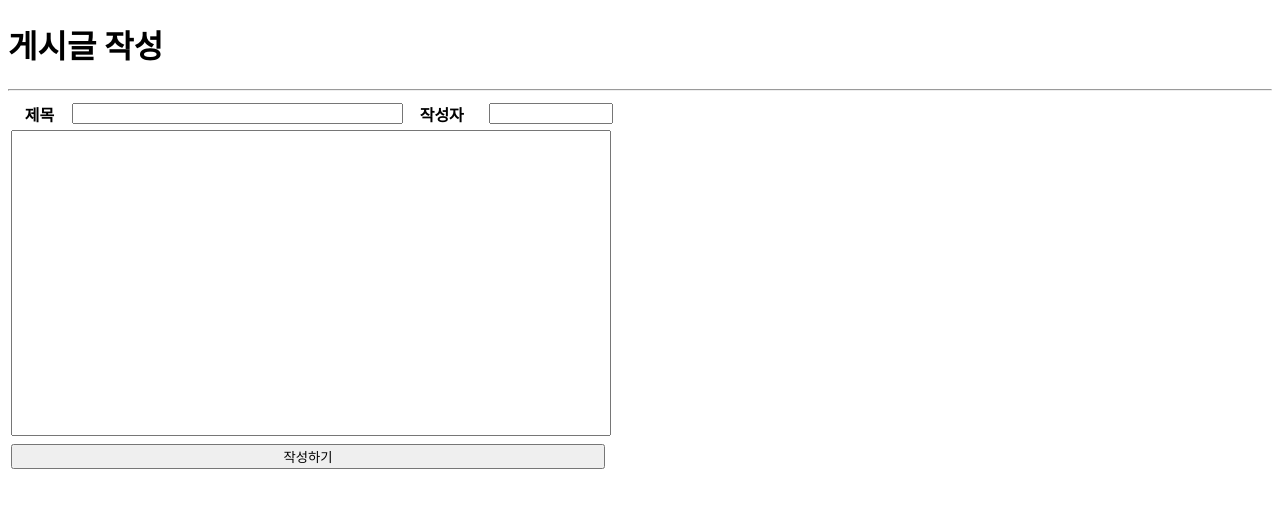
Repository: bbookk1104/spring-workspace
Page: http://localhost/02_SpringMVC_CRUD/boardWriteFrm.do
These files come from the project's save history. The page is drawn as it stood at one moment and after the next save; the edit follows.
The browser window is 1280 px wide. The pictures show the whole page.
The page is served by Tomcat 9.

Above is the page before, as saved 2022-10-04 04:34:37.

After the next save:
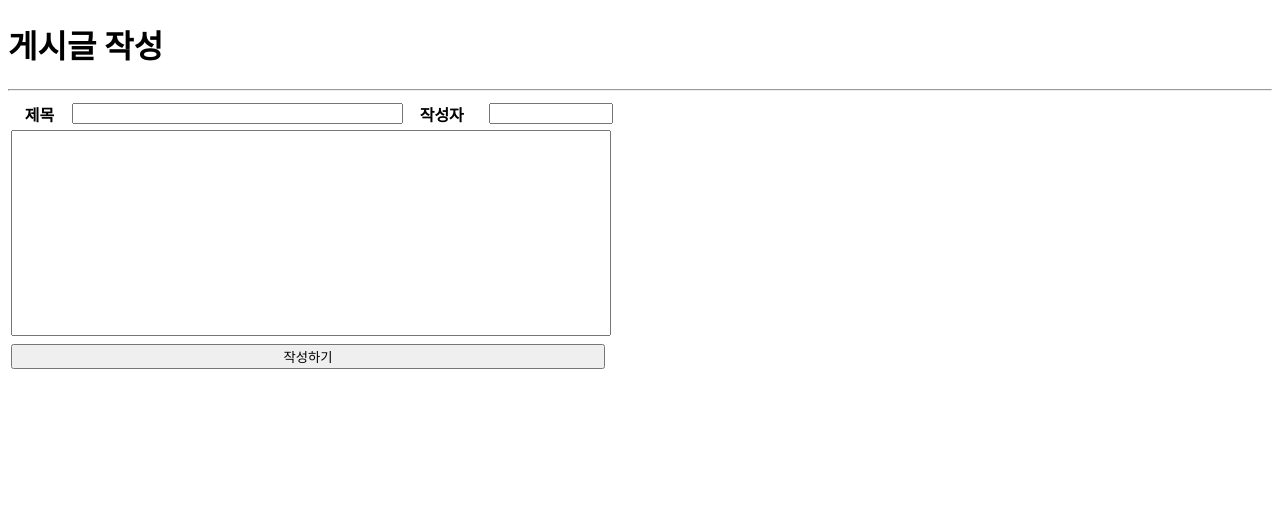
Saved 8 s later.
--- a/02_SpringMVC_CRUD/src/main/webapp/WEB-INF/views/board/boardWriteFrm.jsp
+++ b/02_SpringMVC_CRUD/src/main/webapp/WEB-INF/views/board/boardWriteFrm.jsp
@@ -23,7 +23,7 @@
 			</tr>
 			<tr>
 				<td colspan="4">
-					<textarea name="boardContent" style="width:100%; resize:none; height:300px"></textarea>
+					<textarea name="boardContent" style="width:100%; resize:none; height:200px"></textarea>
 				</td>
 			</tr>
 			<tr>
